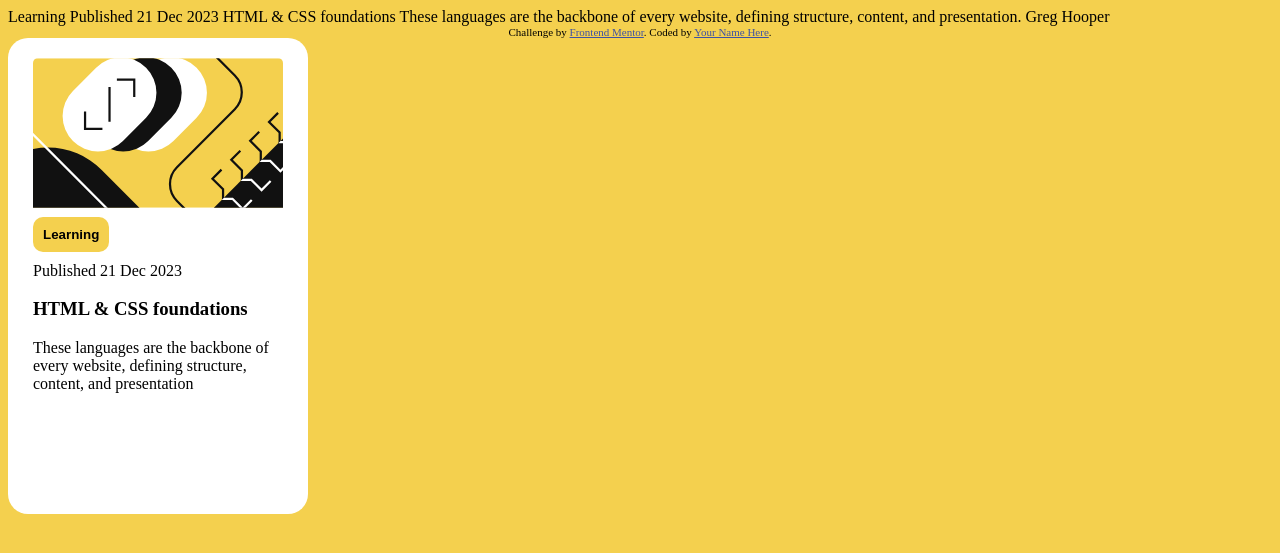
Repository: Dayvid0/FRONTEND_MENTOR_CHALLENGES
Page: index.html
The author's editor kept a copy of each file at every save. The page is drawn from the files as they stood at one save, then again after the next save.
The browser window is 1280 px wide. The pictures show the whole page.

Above is the page before, as saved 2025-03-13 13:43:58.

After the next save:
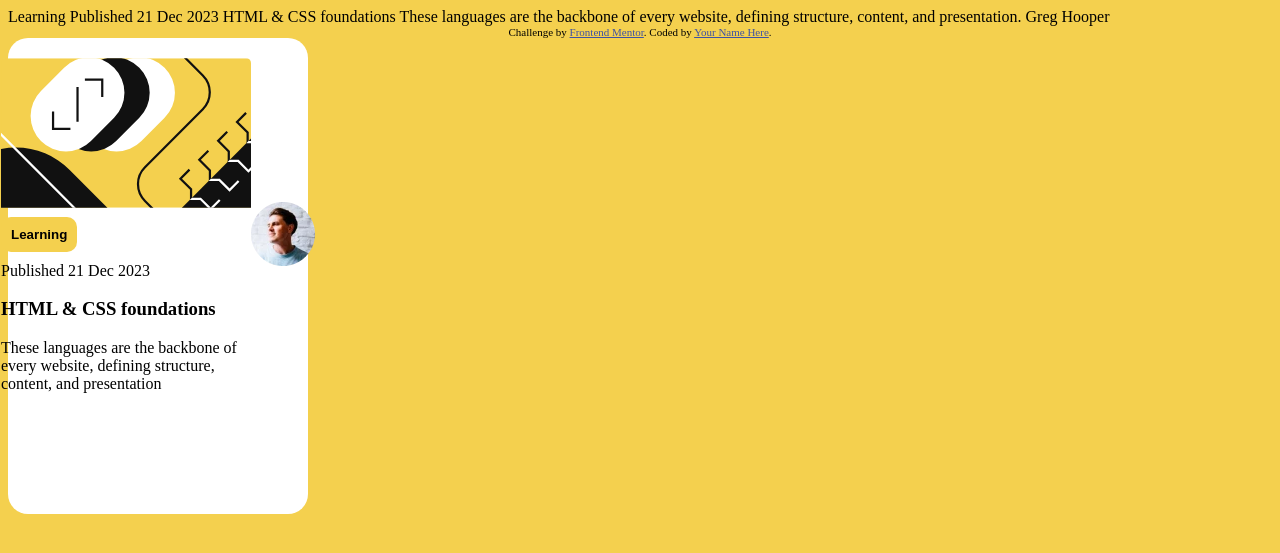
Saved 99 s later.
--- a/index.html
+++ b/index.html
@@ -58,5 +58,8 @@
     <h3>HTML & CSS foundations</h1>
       <p>These languages are the backbone of every website, defining structure, content, and presentation
   </div>
+  <div>
+    <img src="/assets/images/image-avatar.webp"
+  </div>
 </body>
 </html>
